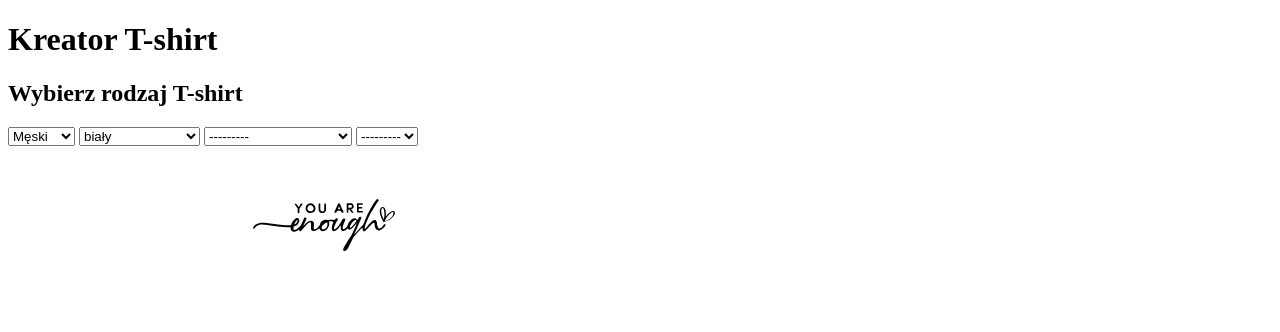
Repository: artek313/clothes
Page: index.html
An editor plug-in stored every save of this project. The page is shown before and after the next save, followed by the edit.
The browser window is 1280 px wide. The pictures show the whole page.

Above is the page before, as saved 2024-04-29 15:43:08.

After the next save:
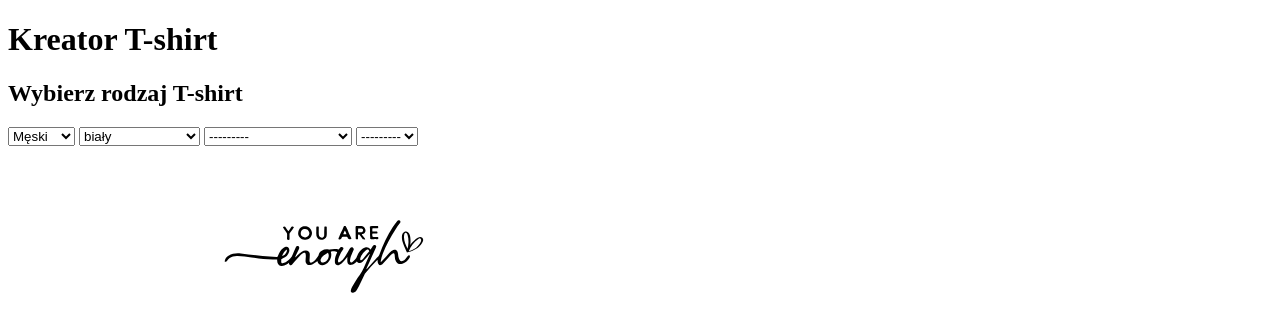
Saved 84 s later.
--- a/style.css
+++ b/style.css
@@ -8,7 +8,7 @@
 	position: relative;
 }
 .overprint {
-	width: 25%;
+	width: 35%;
 	position: absolute;
 	top: 20%;
 	left: 50%;
